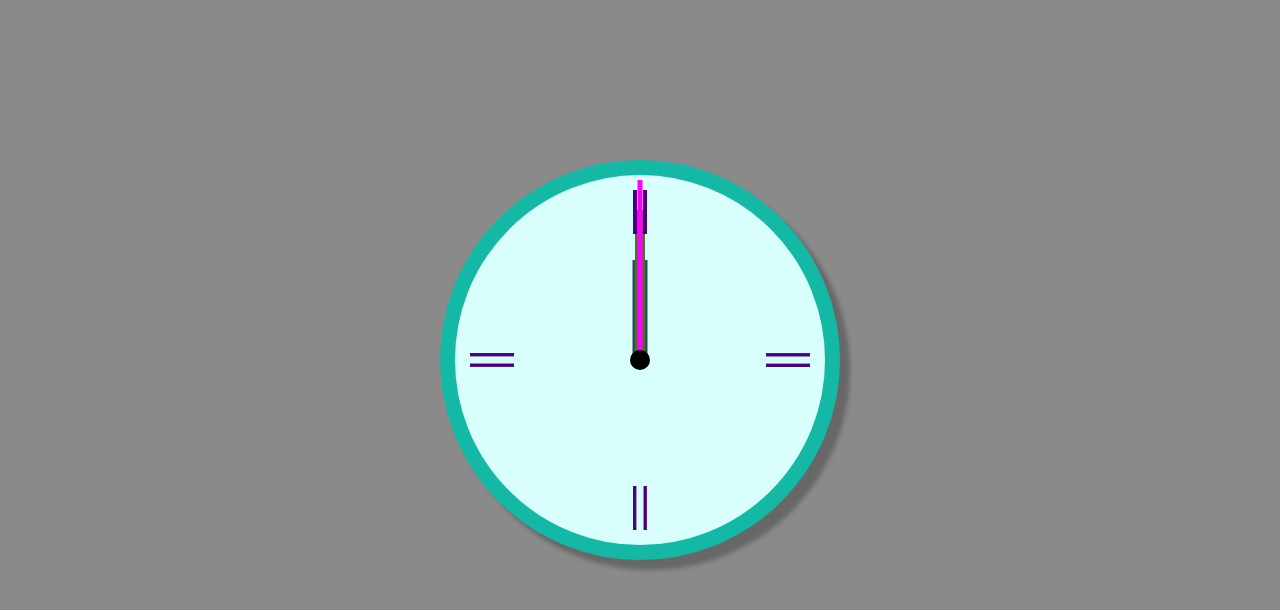
Repository: ChenWarren/web-clock
Page: index.html
An editor plug-in stored every save of this project. The page is shown before and after the next save, followed by the edit.
The browser window is 1280 px wide. The pictures show the whole page.

Above is the page before, as saved 2021-03-18 21:38:25.

### index.html
<!DOCTYPE html>
<html lang="en">
<head>
    <meta charset="UTF-8">
    <meta http-equiv="X-UA-Compatible" content="IE=edge">
    <meta name="viewport" content="width=device-width, initial-scale=1.0">
    <link rel="stylesheet" href="main.css">
    <title>Clock</title>
</head>
<body>
    <main class="clock">
        <div class="hour"></div>
        <div class="minute"></div>
        <div class="second"></div>
        <div class="center_dot"></div>

        <div class="number num_1">
            <h2>||</h2>
        </div>
        <div class="number num_3">
            <h2 class="">||</h2>
        </div>
        <div class="number num_6">
            <h2>||</h2>
        </div>
        <div class="number num_9">
            <h2>||</h2>
        </div>

        <div class="number dot_1"></div>
        <div class="number dot_2"></div>
        <div class="number dot_3">
            <h2>||</h2>
        </div>
        <div class="number dot_4"></div>
        <div class="number dot_5"></div>
        <div class="number dot_6">
            <h2>||</h2>
        </div>
        <div class="number dot_7"></div>
        <div class="number dot_8"></div>
        <div class="number dot_9">
            <h2>||</h2>
        </div>
        <div class="number dot_10"></div>
        <div class="number dot_11"></div>
        <div class="number dot_12">
            <h2>||</h2>
        </div>
    </main>

    <script src="clock.js"></script>

</body>
</html>

### main.css
* {
    margin: 0;
    padding: 0;
    box-sizing: border-box;
}

body {
    background-color: rgb(138, 138, 138);
    display: flex;
    justify-content: center;
    align-items: center;
    width: 100vw;
    height: 100vh;
    overflow: hidden;
}

.clock {
    width: 400px;
    height: 400px;
    border-radius: 50%;
    background: #d8fffb;
    border: 15px solid #14B9A5;
    box-sizing: border-box;
    box-shadow: 10px 10px 4px rgba(0, 0, 0, 0.25);
    position: relative;
}

.hour {
    width: 15px;
    height: 100px;
    background-color:  darkslategray;
    position: absolute;
    left: 50%;
    bottom: 50%;
    transform: translate(-50%);
}

.minute {
    width: 10px;
    height: 150px;
    background-color:darkolivegreen;
    position: absolute;
    left: 50%;
    bottom: 50%;
    transform: translate(-50%);
}

.second {
    width: 5px;
    height: 180px;
    background-color: fuchsia;
    position: absolute;
    left: 50%;
    bottom: 50%;
    transform: translate(-50%);
}

.center_dot {
    background-color: #000;
    width: 20px;
    height: 20px;
    border-radius: 50%;
    position: absolute;
    left: 50%;
    bottom: 50%;
    transform: translate(-50%, 50%);
}

.number {
    display: flex;
    height: 370px;
    width: 370px;
    padding-top: 5px;
    justify-content: center;
    color: indigo;
    position: absolute;
    font-size: 2rem;
}

.num_3 {
    transform: rotate(90deg);
}

.num_6 {
    transform: rotate(180deg);
}

.num_9 {
    transform: rotate(270deg);
}

Loaded but not shown: clock.js (no copy from this time; the picture is the same without it)

After the next save:
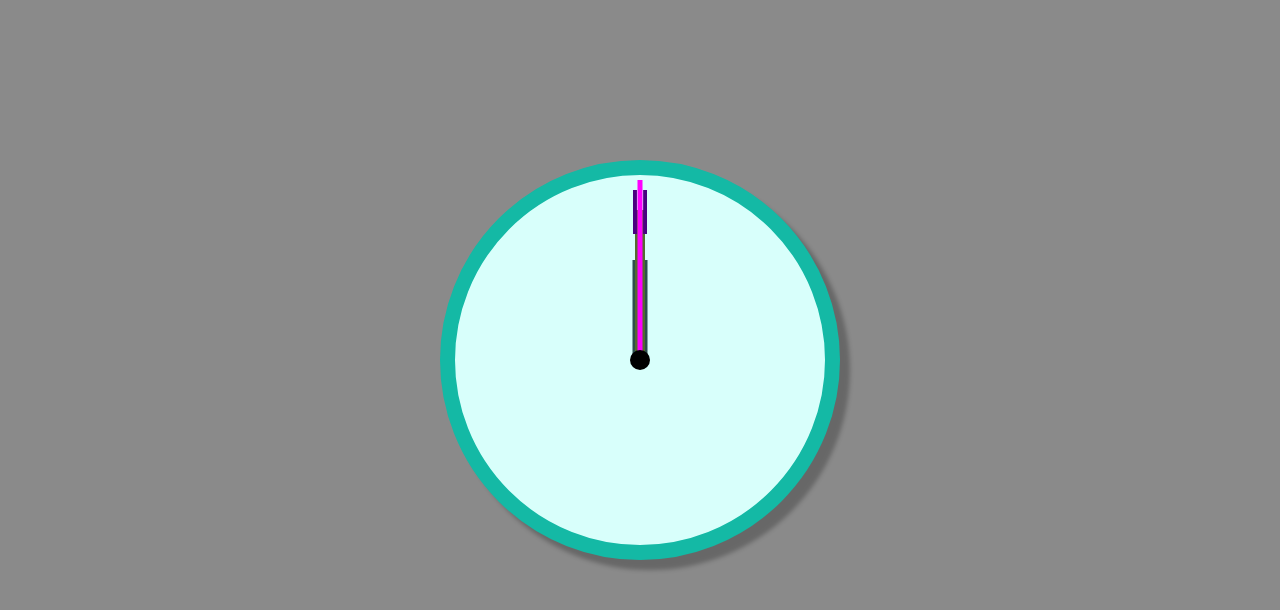
Saved 35 s later.
--- a/index.html
+++ b/index.html
@@ -14,7 +14,7 @@
         <div class="second"></div>
         <div class="center_dot"></div>
 
-        <div class="number num_1">
+        <!-- <div class="number num_1">
             <h2>||</h2>
         </div>
         <div class="number num_3">
@@ -25,7 +25,7 @@
         </div>
         <div class="number num_9">
             <h2>||</h2>
-        </div>
+        </div> -->
 
         <div class="number dot_1"></div>
         <div class="number dot_2"></div>
